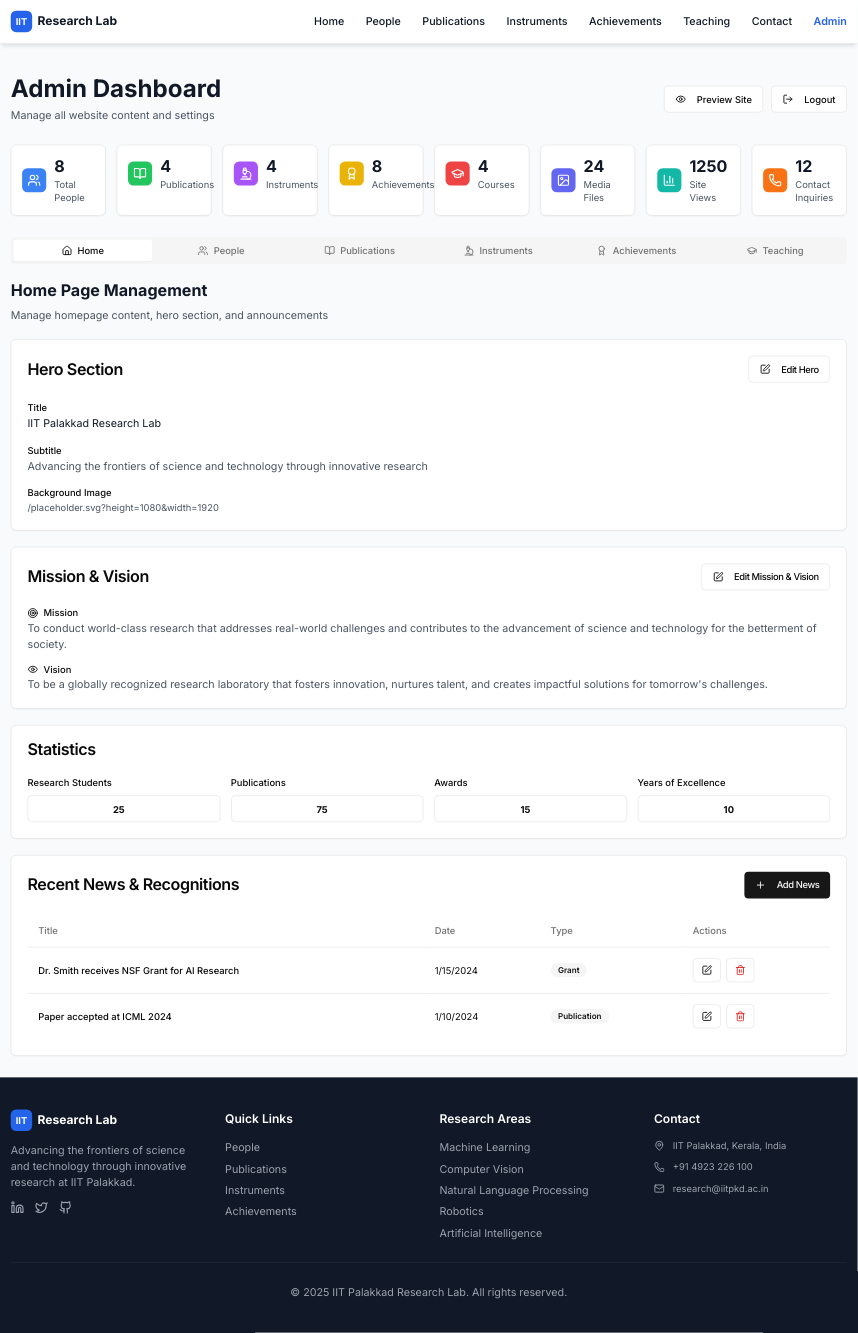
Repository: Gopikrish-30/iit-palakkad-arise
Page: /admin
The author's editor kept a copy of each file at every save. The page is drawn from the files as they stood at one save, then again after the next save.
The browser window is 1280 px wide. The pictures show the whole page, at 67% of full size.
The project was rebuilt for these pictures with package versions that can differ from the ones it lists, and the page was loaded fresh each time. The framework's server and built-in components were replaced by stand-ins that run in the browser. Also part of the build but not shown: next.config.mjs, components/ui/textarea.tsx, components/ui/select.tsx, components/admin/people-section.tsx, components/ui/checkbox.tsx, components/admin/publications-section.tsx, components/admin/instruments-section.tsx, components/admin/achievements-section.tsx and 1 more.

Above is the page before, as saved 2025-06-01 22:02:20.

After the next save:
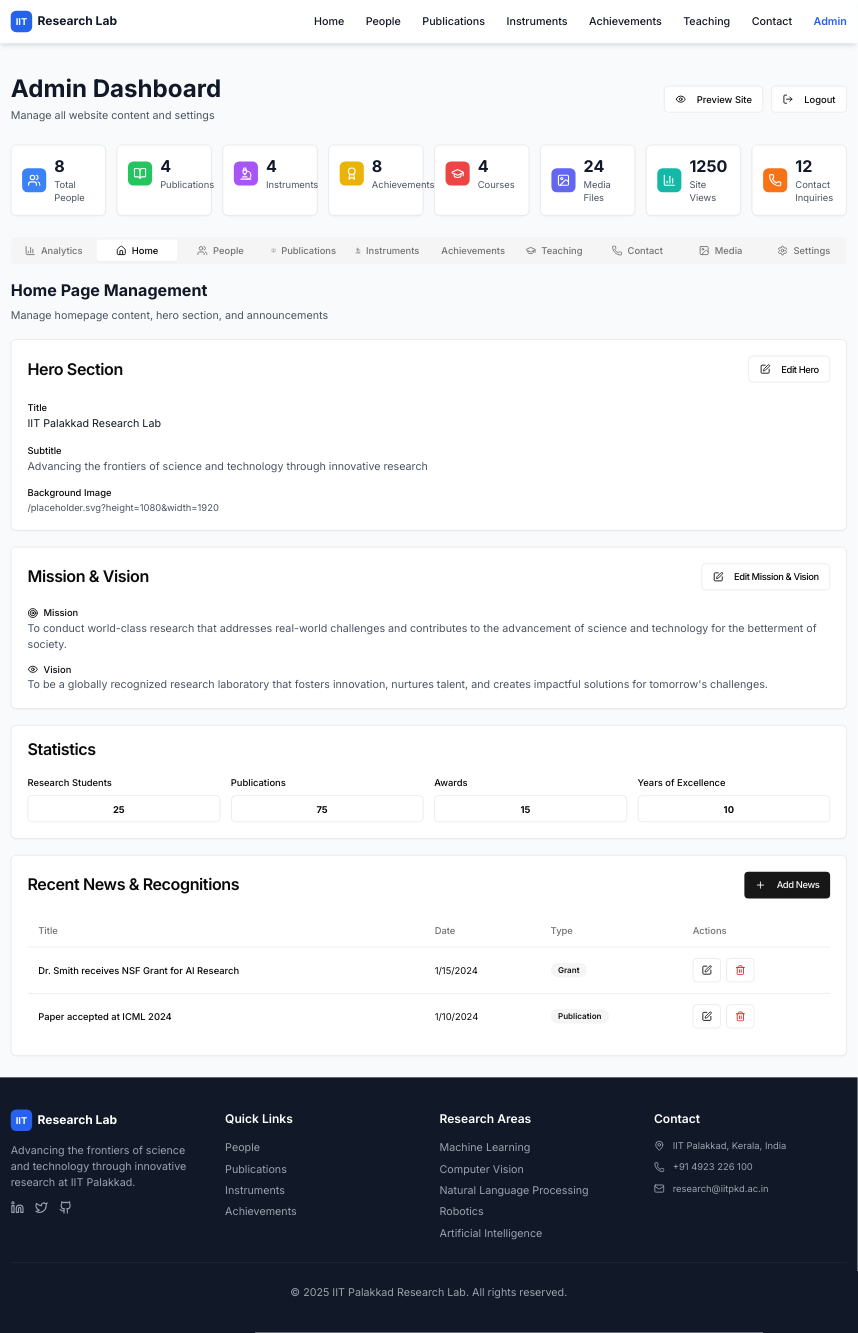
Saved 55 s later.
--- a/app/admin/page.tsx
+++ b/app/admin/page.tsx
@@ -88,7 +88,11 @@
           transition={{ duration: 0.8, delay: 0.4 }}
         >
           <Tabs value={activeTab} onValueChange={setActiveTab} className="space-y-6">
-            <TabsList className="grid w-full grid-cols-6 lg:w-auto lg:grid-cols-6">
+            <TabsList className="grid w-full grid-cols-5 lg:grid-cols-10 gap-1">
+              <TabsTrigger value="analytics" className="flex items-center gap-2">
+                <BarChart3 className="h-4 w-4" />
+                <span className="hidden sm:inline">Analytics</span>
+              </TabsTrigger>
               <TabsTrigger value="home" className="flex items-center gap-2">
                 <Home className="h-4 w-4" />
                 <span className="hidden sm:inline">Home</span>
@@ -112,6 +116,18 @@
               <TabsTrigger value="teaching" className="flex items-center gap-2">
                 <GraduationCap className="h-4 w-4" />
                 <span className="hidden sm:inline">Teaching</span>
+              </TabsTrigger>
+              <TabsTrigger value="contact" className="flex items-center gap-2">
+                <Phone className="h-4 w-4" />
+                <span className="hidden sm:inline">Contact</span>
+              </TabsTrigger>
+              <TabsTrigger value="media" className="flex items-center gap-2">
+                <Image className="h-4 w-4" />
+                <span className="hidden sm:inline">Media</span>
+              </TabsTrigger>
+              <TabsTrigger value="settings" className="flex items-center gap-2">
+                <Settings className="h-4 w-4" />
+                <span className="hidden sm:inline">Settings</span>
               </TabsTrigger>
             </TabsList>
 
